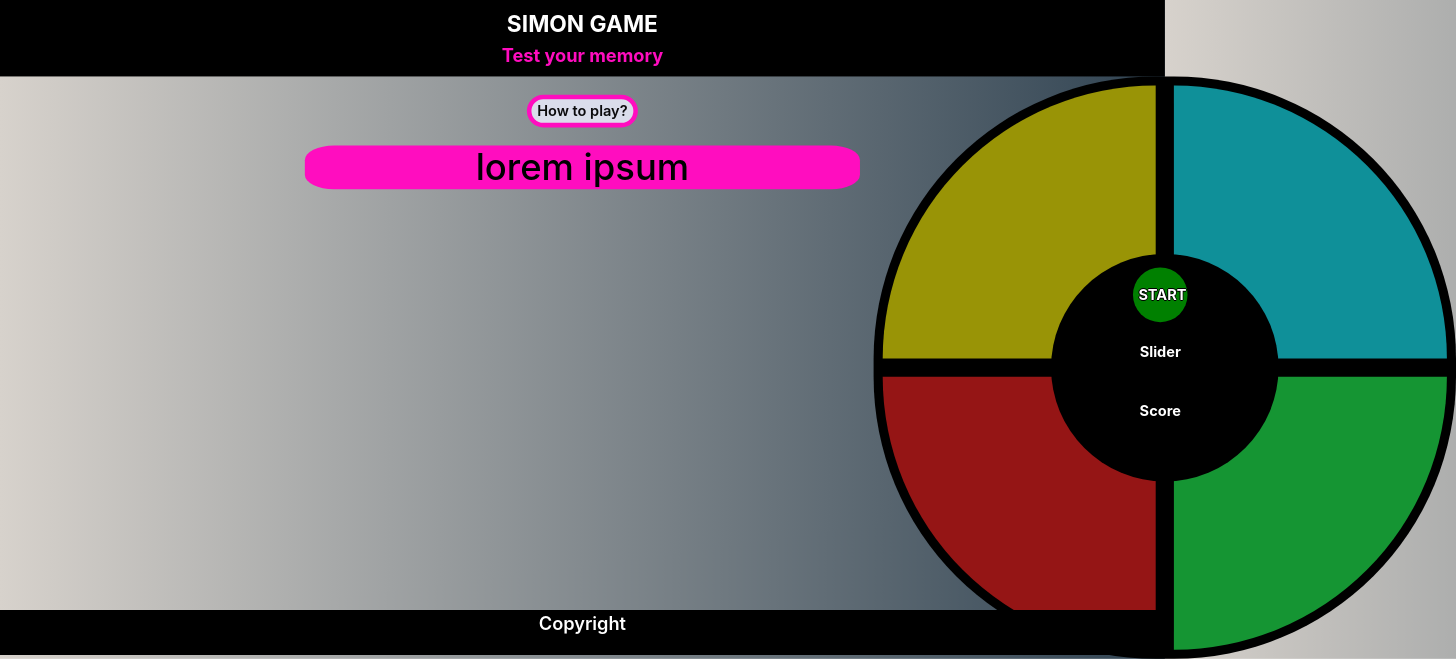
Repository: murphya14/Simon-game
Page: index.html
The author's editor kept a record of every edit. The page is drawn from the files as they stood at one moment, then again after the next edit.
The browser window is 1280 px wide. The page is 1600 px wide, then 1280 px, so the pictures cover 1600 px, including what lies to the right of the window. The pictures show the whole page, at 91% of full size.

Above is the page before.

### index.html
<!DOCTYPE html>
<html lang="en">

<head>
    <meta charset="UTF-8">
    <meta name="viewport" content="width=device-width, initial-scale=1, shrink-to-fit=no">
    <meta http-equiv="X-UA-Compatible" content="ie=edge">
    <meta charset="UTF-8">

    <meta name="description" content="Simon Memory Game">
    <meta name="keywords" content="Simon Memory, Memory Game, Game, Puzzle, Fun, Challenge">
    <meta name="author" content="Aisling Murphy">
    <link rel="stylesheet" href="assets/css/style.css" type="text/css" />
    <link href="/YOUR_PATH/favicon.ico" rel="icon" type="image/x-icon" />
    <link rel="stylesheet" href=" https://stackpath.bootstrapcdn.com/font-awesome/4.7.0/css/font-awesome.min.css" type="text/css" />
    <link href="https://fonts.googleapis.com/css?family=Orbitron&display=swap" rel="stylesheet">
    <link href="https://fonts.googleapis.com/css?family=Shojumaru&effect=3d rel='stylesheet' type='text/css">
    <link rel="stylesheet" href="https://stackpath.bootstrapcdn.com/bootstrap/4.3.1/css/bootstrap.min.css" integrity="sha384-ggOyR0iXCbMQv3Xipma34MD+dH/1fQ784/j6cY/iJTQUOhcWr7x9JvoRxT2MZw1T" crossorigin="anonymous">
    <link href="data:[embedded picture, 1901 characters]"
        rel="icon" type="image/x-icon" />
    <title>Simon Game</title>


</head>

<body>
    <header>
        <nav class="navbar navbar-expand-lg flex-column container-fluid">
            <div="row">
                <div class="col-12 header">Simon Game</div>
                </div>
                <div class="row">
                    <div class="col-12 sub-heading">Test your memory</div>
                </div>
    </header>
    </nav>

  <div class="wrapper">  <div class="container flex-column">

        <div class="row">
            <div class="col center">
                <button class="how-to" id="how-to">How to play?</button>
                <div id="how-to-p">
                    <h1>lorem ipsum </h1>
                </p>
            </div>
        </div>

        <!---Help from https://www.danpurdy.co.uk/tutorial/simon-says-game-in-jquery-tutorial/-->

        <div class="row">
            <div class="col">
                <div class="background-circle">
                    <div class="pad one" id="1">
                        <audio preload="auto" class="sound1" data-pad="1">
                  <source src="sounds/mp3/sounds_01.mp3" type="audio/mpeg"/>
               </audio>
                    </div>
                    <div class="pad two" id="2">
                        <audio preload="auto" class="sound2" data-pad="2">
          <source src="sounds/mp3/sounds_02.mp3" type="audio/mpeg"/>
                 </audio>
                    </div>
                    <div class="pad three" id="3">
                        <audio preload="auto" class="sound3" data-pad="3">
                <source src="sounds/mp3/sounds_03.mp3" type="audio/mpeg"/>

                </audio>
                    </div>
                    <div class="pad four" id="4">
                        <audio preload="auto" class="sound4" data-pad="4">
                  <source src="sounds/mp3/sounds_04.mp3" type="audio/mpeg"/>
                </audio>
                    </div>

                    <div class="circle">

                    <button class="center start-button" id="start">Start</button>

                    <div id="slider">Slider</div>

                    <div id="score">Score</div>

                    </div>



                </div>

            </div>

        </div>
 </div>
        <footer class="footer flex-column">
            <p class="col"> Copyright </p>
        </footer>

        <script src="https://code.jquery.com/jquery-3.3.1.slim.min.js" integrity="sha384-q8i/X+965DzO0rT7abK41JStQIAqVgRVzpbzo5smXKp4YfRvH+8abtTE1Pi6jizo" crossorigin="anonymous"></script>
        <script src="https://ajax.googleapis.com/ajax/libs/jquery/3.3.1/jquery.min.js"></script>
        <script src="https://cdnjs.cloudflare.com/ajax/libs/popper.js/1.14.7/umd/popper.min.js" integrity="sha384-UO2eT0CpHqdSJQ6hJty5KVphtPhzWj9WO1clHTMGa3JDZwrnQq4sF86dIHNDz0W1" crossorigin="anonymous"></script>
        <script src="https://stackpath.bootstrapcdn.com/bootstrap/4.3.1/js/bootstrap.min.js" integrity="sha384-JjSmVgyd0p3pXB1rRibZUAYoIIy6OrQ6VrjIEaFf/nJGzIxFDsf4x0xIM+B07jRM" crossorigin="anonymous"></script>
        <script type="text/javascript" src="assets/js/make.js"></script>
</body>

</html>

### assets/css/style.css
@import url('https://fonts.googleapis.com/css?family=Orbitron&display=swap');


body {
background-image: linear-gradient(to right, #d7d2cc 0%, #304352 100%);
/*background sourced from https://webgradients.com/*/
    height: 100%;
    font-family: 'Orbitron', sans-serif;
    font-size: 20px;
    text-align: center;
    position: relative;
    width: 100%;
    margin: auto;
}

.wrapper {
    position: relative;
    width: 640px;
    margin: 0 auto;

}




.center {
    text-align: center;
    ;
}

/*Nav/header styling*/

.navbar {background-color: black;
    color: white;
    font-weight: 700;
}

.header {
    position: fixed;
    font-size: 25px;
    text-transform: uppercase;

    text-align: center;

}

.sub-heading {
    position: fixed;
    font-size:20px;
    text-align: center;
    color: #ff0dbf;
}


/*Shapes*/

.circle {
    position: absolute;
    top: 195px;
    left: 195px;
    width: 250px;
    height: 250px;
    background: #000;
    border-radius: 125px;
    z-index: 10;
}

.background-circle {
    position: absolute;
    top: 0px;
    width: 640px;
    height: 640px;
    z-index: 0;
    background-color: black;
    border-radius: 310px;
}


.pad {

    width: 300px;
    height: 300px;
    float: left;
    z-index: 1;
    margin: 10px;
    -ms-filter: "progid:DXImageTransform.Microsoft.Alpha(Opacity=60)";
    filter: alpha(opacity=60);
    opacity: 0.6;
    /*Will be linked in JS to change*/
}



.one {
    border-top-left-radius: 300px;
    background-color: #FFF70B;
}

.two {
    float: left;
    border-top-right-radius: 300px;
    background-color: #19F0FF;
    clear: right;
}

.three {
    float: left;
    border-bottom-left-radius: 300px;
    background-color: #F92323;
    clear: left;
}

.four {
    float: left;
    border-bottom-right-radius: 300px;
    background-color: #23F955;

}

/*Buttons*/

/*Styling for modul button*/

.how-to {
    color: #0b0b0d;
    border: 5px solid #ff0dbf;
    background-color: #daddeb;
    font-weight: 600;
    border-radius: 25px;

    margin: 20px;
    text-align: center;
    cursor: pointer;
}

.how-to:hover {
    background-color: #ff0dbf;
    color: white;
    font-weight: 700;
}

#how-to-p {
    Background-color: #ff0dbf;
    border-radius: 2em 2em 2em 2em / 1em 1em 1em 1em;
    color: black;
    width: 100%;

    text-align:center;
}
/*Pop up modaL*/

.popup-overlay {
  /*Hides pop-up when there is no "active" class*/
  visibility: hidden;
  position: absolute;
  background: #ffffff;
  border: 3px solid #666666;
  width: 50%;
  height: 50%;
  left: 25%;
}

.popup-overlay.active {
  /*displays pop-up when "active" class is present*/
  visibility: visible;
  text-align: center;
  z-index: 10;
}

.popup-content {
  /*Hides pop-up content when there is no "active" class */
  visibility: hidden;
}

.popup-content.active {
  /*Shows pop-up content when "active" class is present */
  visibility: visible;
   z-index: 10;
   width:100%;
}

.close {color:white;
    font-weight: 700;
}

.hide {display:none;}

.start-button {
    width: 60px;
    height: 60px;
    background-color: green;
    border-radius: 310px;
    text-align: center;
    font-weight: 700;
    margin-left: 90px;
    margin-top: 15px;
    text-transform: uppercase;
    border: 20px;
    border-color: #0B7842;
    text-shadow: -1px 0 black, 0 1px black, 1px 0 black, 0 -1px black;
    color: white;
    cursor: pointer
}

.start-button:hover {
    background-color: #49fb35
}



#score {
    color: white;
    width: 60px;
    height: 60px;
    text-align: center;
    font-weight: 700;
    margin-left: 90px;
    margin-top: 5px;
}

#slider {    color: white;
    width: 60px;
    height: 60px;
    text-align: center;
    font-weight: 700;
    margin-left: 90px;
    margin-top: 20px;}



/*Footers*/

.footer {
    position: fixed;
    left: 0;
    bottom: 0;
    width: 100%;
    text-align: center;
    font-size: 10px;
    margin:0;
    color: white;
    background-color: black;
    height: 50px;
    font-size: 20px;
    font-weight: 600;

}

### assets/js/make.js

$(".open").on("click", function() {
  $(".popup-overlay, .popup-content").addClass("active");

});

//removes the "active" class to .popup and .popup-content when the "Close" button is clicked
$(".close, .popup-overlay").on("click", function() {
  $(".popup-overlay, .popup-content").removeClass("active");
});

After the next edit:
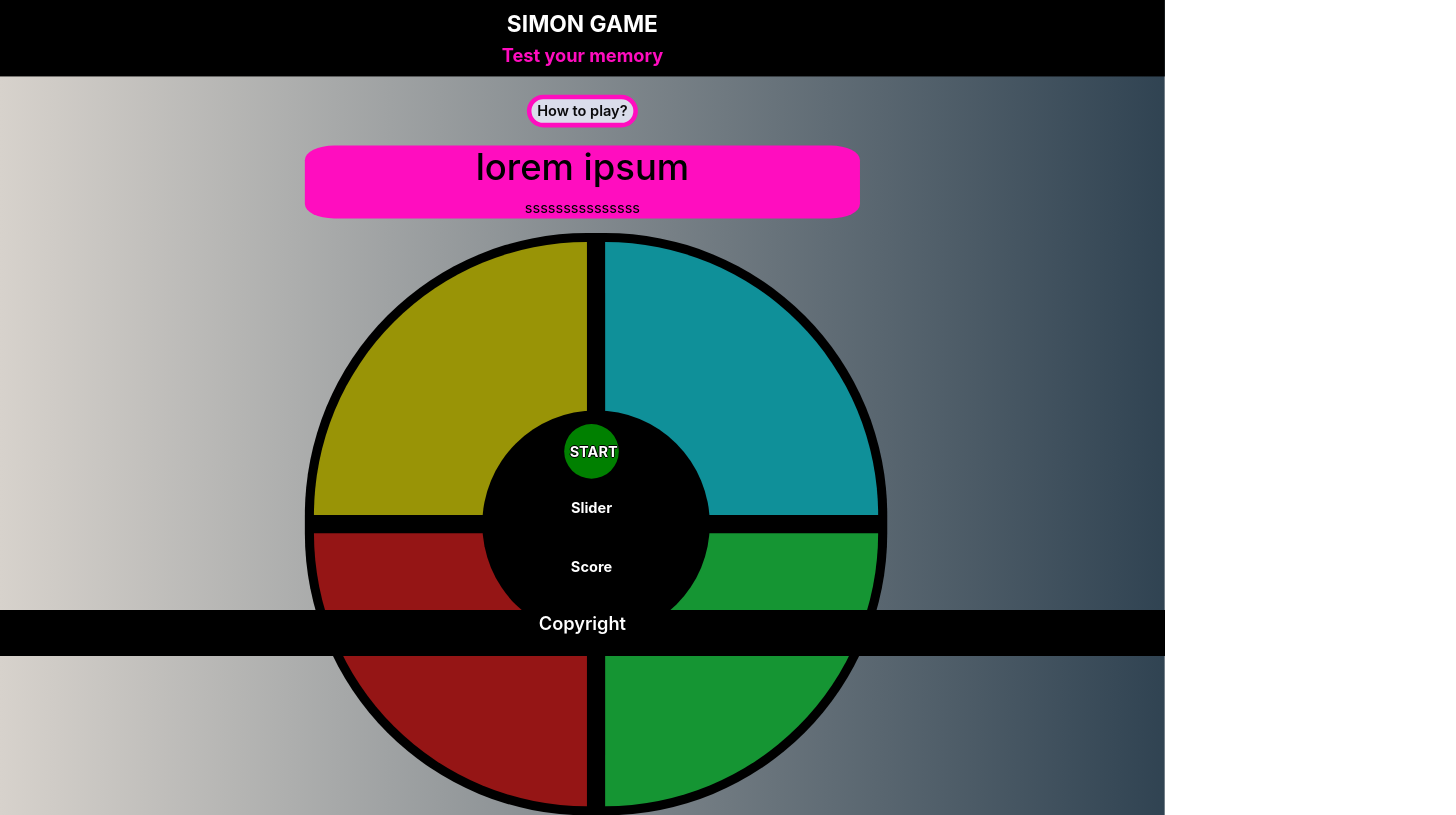
The edit:
--- a/index.html
+++ b/index.html
@@ -42,7 +42,8 @@
                 <button class="how-to" id="how-to">How to play?</button>
                 <div id="how-to-p">
                     <h1>lorem ipsum </h1>
-                </p>
+                    <p>sssssssssssssss</p>
+                </div>
             </div>
         </div>
 
